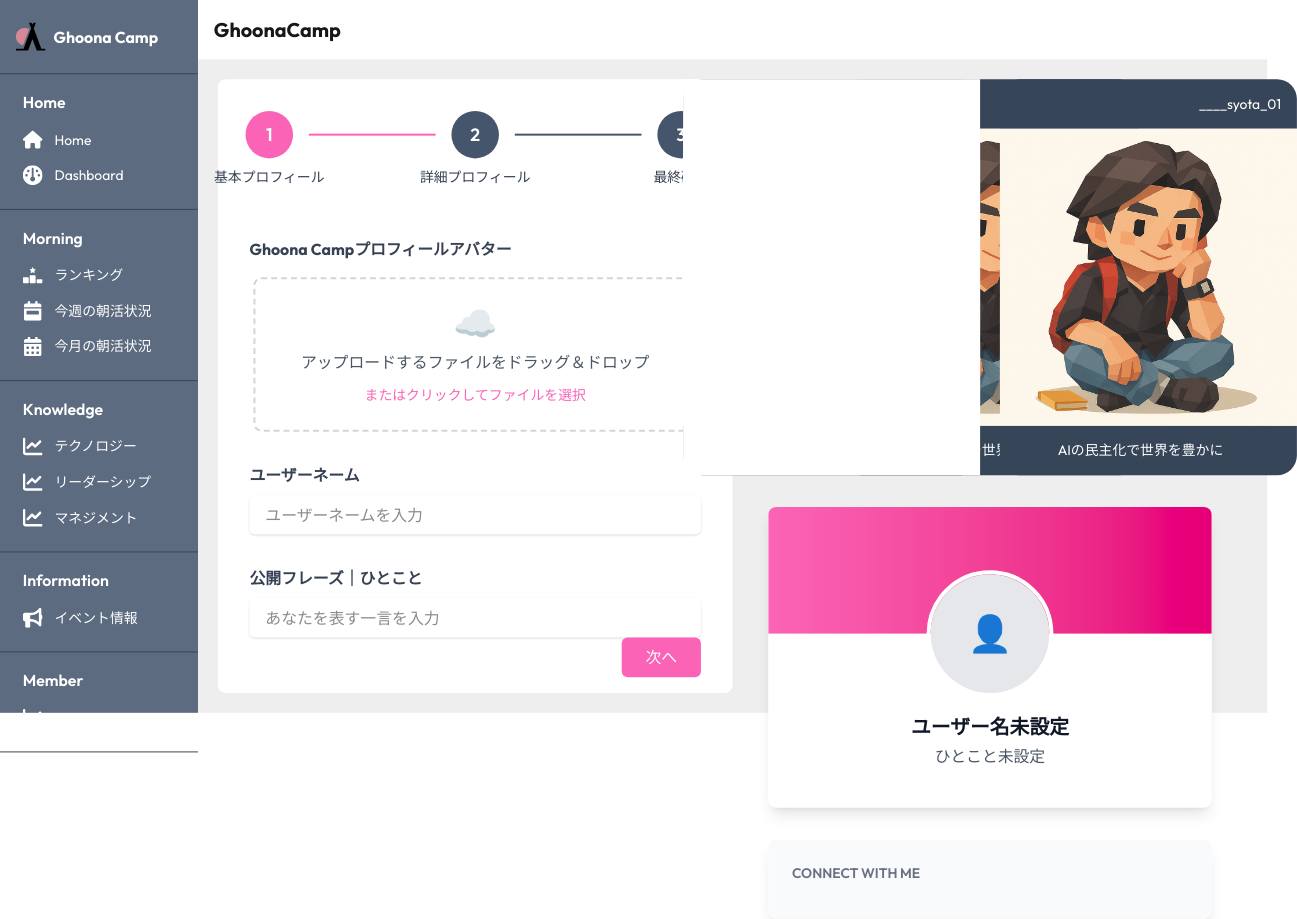
Repository: ShotaGhoona/ghoonacamp_platform
Page: /setting/profile
The author's editor kept a copy of each file at every save. The page is drawn from the files as they stood at one save, then again after the next save.
The browser window is 1280 px wide. The page is 1310 px wide, so the pictures cover 1310 px, including what lies to the right of the window. The pictures show the whole page, at 99% of full size.
The page's requests for data from a server got no answer. The project was rebuilt for these pictures with package versions that can differ from the ones it lists, and the page was loaded fresh each time. Some packages were replaced by stand-ins written for this rebuild. The framework's server and built-in components were replaced by stand-ins that run in the browser. No one was signed in, and anything a server would have sent is missing. Also part of the build but not shown: next.config.js, src/features/setting/profile/display/DetailProfileForm.tsx, src/features/setting/profile/display/ConfirmationView.tsx.

Above is the page before, as saved 2025-04-29 14:53:36.

### src/app/layout.tsx
import type { Metadata } from 'next';
import { Outfit } from 'next/font/google';
import './globals.css';
import Sidebar from '@/components/display/sidebar';
import Header from '@/components/display/header';
import { ClerkProvider } from '@clerk/nextjs';

const outfit = Outfit({ subsets: ['latin'] });

export const metadata: Metadata = {
  title: 'Ghoona Camp',
  description: 'Ghoona Camp Platform',
};

export default function RootLayout({
  children,
}: {
  children: React.ReactNode;
}) {
  return (
    <ClerkProvider>
      <html lang="ja">
        <body className={outfit.className}>
          <div className="flex">
            <div className="w-[200px] transition-all duration-300">
              <Sidebar />
            </div>
            <div className="flex-1 flex flex-col max-h-screen">
              <Header />
              <main className="bg-[#EEEEEE] flex-1 min-h-[calc(100vh-60px)] p-5">
                {children}
              </main>
            </div>
          </div>
        </body>
      </html>
    </ClerkProvider>
  );
}

### src/app/setting/profile/page.tsx
import { IndexPage } from '@/features/setting/profile/display/index';

export default function ProfileSettingPage() {
  return <IndexPage />;
}

### src/components/display/sidebar.tsx
'use client';

import Link from 'next/link';
import { usePathname } from 'next/navigation';
import clsx from 'clsx';

const groups: { title: string; links: { href: string; label: string; icon: string }[] }[] = [
  {
    title: 'Home',
    links: [
      { href: '/home', label: 'Home', icon: '/svg/sidebarIcon/home.svg' },
      { href: '/home/dashboard', label: 'Dashboard', icon: '/svg/sidebarIcon/dashboard.svg' },
    ],
  },
  {
    title: 'Morning',
    links: [
      { href: '/morning/ranking', label: 'ランキング', icon: '/svg/sidebarIcon/ranking.svg' },
      { href: '/morning/weekend', label: '今週の朝活状況', icon: '/svg/sidebarIcon/week.svg' },
      { href: '/morning/month', label: '今月の朝活状況', icon: '/svg/sidebarIcon/month.svg' },
    ],
  },
  {
    title: 'Knowledge',
    links: [
      { href: '/knowledge/tech', label: 'テクノロジー', icon: '/svg/sidebarIcon/analysis.svg' },
      { href: '/knowledge/leadership', label: 'リーダーシップ', icon: '/svg/sidebarIcon/analysis.svg' },
      { href: '/knowledge/management', label: 'マネジメント', icon: '/svg/sidebarIcon/analysis.svg' },
    ],
  },
  {
    title: 'Information',
    links: [{ href: '/information/events', label: 'イベント情報', icon: '/svg/sidebarIcon/externalEvents.svg' }],
  },
  {
    title: 'Member',
    links: [{ href: '/members', label: 'GhoonaCamper', icon: '/svg/sidebarIcon/analysis.svg' }],
  },
];

export default function Sidebar() {
  const pathname = usePathname();

  return (
    <aside className="w-full h-screen bg-[#5D6B80] text-white">
      <div className="flex items-center gap-2 h-[75px] px-4 border-b border-[#374559]">
        <img src="/svg/logo.svg" alt="Ghoona Camp" className="w-[30px] h-[30px]" />
        <span className="font-bold">Ghoona Camp</span>
      </div>

      <nav>
        {groups.map((g) => (
          <div key={g.title} className="border-b border-[#374559] px-[15px] py-4">
            <p className="text-base font-semibold mb-2 px-2">
              {g.title}
            </p>
            {g.links.map((l) => (
              <Link
                key={l.href}
                href={l.href}
                className={clsx(
                  'flex items-center gap-3 p-2 rounded-lg text-sm',
                  pathname === l.href
                    ? 'bg-primary text-white'
                    : 'hover:bg-slate-600'
                )}
              >
                <img src={l.icon} alt={l.label} className="w-[20px] h-[20px]" />
                <span>{l.label}</span>
              </Link>
            ))}
          </div>
        ))}
      </nav>
    </aside>
  );
}

### src/components/display/header.tsx
'use client';

import { UserButton, useUser } from '@clerk/nextjs';

export default function Header() {
  const { user, isLoaded } = useUser();

  return (
    <header className="w-full h-16  flex items-center justify-between px-4">
      <div className="flex items-center gap-4">
        <h1 className="text-xl font-bold">GhoonaCamp</h1>
      </div>
      <div className="flex items-center gap-4">
        {isLoaded && user && (
          <div className="flex items-center gap-2">
            <span className="text-sm">
              {user.firstName} {user.lastName}
            </span>
            <UserButton afterSignOutUrl="/" />
          </div>
        )}
      </div>
    </header>
  );
}

### src/features/setting/profile/display/index.tsx
'use client';

import { useState } from 'react';
import { StepIndicator } from '@/features/setting/profile/components/StepIndicator';
import { BasicProfileForm } from '@/features/setting/profile/display/BasicProfileForm';
import { DetailProfileForm } from '@/features/setting/profile/display/DetailProfileForm';
import { ConfirmationView } from '@/features/setting/profile/display/ConfirmationView';
import { ProfilePreview } from '@/features/setting/profile/components/ProfilePreview';
import { DetailProfilePreview } from '@/features/setting/profile/components/DetailProfilePreview';
import { useProfileForm } from '@/features/setting/profile/hooks/useProfileForm';

export const IndexPage = () => {
  const {
    currentStep,
    formData,
    updateFormData,
    handleNextStep,
    handlePrevStep,
    handleAvatarChange,
  } = useProfileForm();

  const [isSubmitting, setIsSubmitting] = useState(false);

  const handleSubmit = async () => {
    setIsSubmitting(true);
    try {
      // TODO: APIを呼び出してプロフィールを更新
      await new Promise(resolve => setTimeout(resolve, 1000)); // 仮の遅延
      // 成功時の処理（例：ダッシュボードへリダイレクト）
    } catch (error) {
      console.error('プロフィールの更新に失敗しました:', error);
      // エラー処理
    } finally {
      setIsSubmitting(false);
    }
  };

  return (
    <div className="flex h-full">
      {/* 左側：フォーム */}
      <div className="w-1/2 p-8 bg-white rounded-lg h-full flex flex-col">

        {/* ステップインジケーター */}
        <StepIndicator currentStep={currentStep} />

        {/* フォームコンテンツ */}
        <div className="mt-8 flex-1">
          {currentStep === 'basic' && (
            <BasicProfileForm
              formData={formData}
              onUpdate={updateFormData}
              onAvatarChange={handleAvatarChange}
              onNext={handleNextStep}
            />
          )}

          {currentStep === 'detail' && (
            <DetailProfileForm
              formData={formData}
              onUpdate={updateFormData}
              onPrev={handlePrevStep}
              onNext={handleNextStep}
            />
          )}

          {currentStep === 'confirm' && (
            <ConfirmationView
              formData={formData}
              onPrev={handlePrevStep}
              onSubmit={handleSubmit}
              isSubmitting={isSubmitting}
            />
          )}
        </div>
      </div>

      {/* 右側：プレビュー */}
      <div className="w-1/2 ">
        <div className="sticky top-8 space-y-8">

          {/* 基本プロフィールプレビュー */}
          <ProfilePreview formData={formData} />

          {/* 詳細プロフィールプレビュー */}
          <DetailProfilePreview formData={formData} />
        </div>
      </div>
    </div>
  );
}

### src/features/setting/profile/components/StepIndicator.tsx
'use client';

import { cn } from '@/lib/utils';
import { Step, PROFILE_STEPS } from '../types/profile';

interface StepIndicatorProps {
  currentStep: Step;
}

export const StepIndicator = ({ currentStep }: StepIndicatorProps) => {
  return (
    <div className="flex items-center justify-center mb-12">
      {PROFILE_STEPS.map((step, index) => (
        <div key={step.id} className="flex items-center">
          {/* ステップサークル */}
          <div
            className={cn(
              'w-12 h-12 rounded-full flex items-center justify-center text-lg font-semibold relative',
              currentStep === step.id
                ? 'bg-pink-400 text-white'
                : 'bg-slate-600 text-white'
            )}
          >
            {step.number}
            {/* ステップタイトル */}
            <div className="text-center absolute -bottom-8 w-32">
              <span className="text-sm font-medium text-gray-700">{step.title}</span>
            </div>
          </div>

          {/* 接続線 */}
          {index < PROFILE_STEPS.length - 1 && (
            <div
              className={cn(
                'h-[2px] w-32 mx-4',
                currentStep === PROFILE_STEPS[index + 1].id || currentStep === step.id
                  ? 'bg-pink-400'
                  : 'bg-slate-600'
              )}
            />
          )}
        </div>
      ))}
    </div>
  );
};

### src/features/setting/profile/display/BasicProfileForm.tsx
'use client';

import { ProfileFormData } from '../types/profile';
import { AvatarUpload } from '../components/AvatarUpload';

interface BasicProfileFormProps {
  formData: ProfileFormData;
  onUpdate: (data: Partial<ProfileFormData>) => void;
  onAvatarChange: (file: File) => void;
  onNext: () => void;
}

export const BasicProfileForm = ({
  formData,
  onUpdate,
  onAvatarChange,
  onNext,
}: BasicProfileFormProps) => {
  return (
    <div className="flex flex-col justify-between h-full">

      <div className="space-y-8">
        {/* アバターアップロード */}
        <div className="space-y-4">
          <label className="block text-base font-bold text-gray-700">
            Ghoona Campプロフィールアバター
          </label>
          <AvatarUpload
            onFileSelect={onAvatarChange}
            previewUrl={formData.avatarUrl}
          />
        </div>

        {/* ユーザーネーム */}
        <div className="space-y-2">
          <label
            htmlFor="username"
            className="block text-base font-bold text-gray-700"
          >
            ユーザーネーム
          </label>
          <input
            type="text"
            id="username"
            value={formData.username}
            onChange={(e) => onUpdate({ username: e.target.value })}
            className="mt-1 block w-full rounded-md border-gray-300 shadow-sm px-4 py-2"
            placeholder="ユーザーネームを入力"
          />
        </div>

        {/* ひとこと */}
        <div className="space-y-2">
          <label
            htmlFor="bio"
            className="block text-base font-bold text-gray-700"
          >
            公開フレーズ｜ひとこと
          </label>
          <input
            type="text"
            id="bio"
            value={formData.bio}
            onChange={(e) => onUpdate({ bio: e.target.value })}
            className="mt-1 block w-full rounded-md border-gray-300 shadow-sm px-4 py-2"
            placeholder="あなたを表す一言を入力"
          />
        </div>
      </div>

      {/* 次へボタン */}
      <div className="flex justify-end">
        <button
          onClick={onNext}
          className="bg-pink-400 text-white px-6 py-2 rounded-md hover:bg-pink-500 transition-colors"
        >
          次へ
        </button>
      </div>
    </div>
  );
};

### src/features/setting/profile/components/ProfilePreview.tsx
'use client';

import { ProfileFormData } from '../types/profile';
import { ProfileCard } from '@/components/common/profileCard';
interface ProfilePreviewProps {
  formData: ProfileFormData;
}

export const ProfilePreview = ({ formData }: ProfilePreviewProps) => {
  return (
    <>
    <div className="flex justify-center  w-full gap-4 relative">
      <div className="w-[300px] top-0 left-0">
        <ProfileCard />
      </div>
      <div className="w-[300px] absolute top-0 -left-[50px]">
        <ProfileCard />
      </div>
      <div className="w-[300px] absolute top-0 -right-[50px]">
        <ProfileCard />
      </div>
      <div className="w-[300px] h-full absolute top-0 -left-[50px] bg-gradient-to-r from-[#ffffff] to-[#ffffff] z-10"></div>
      <div className="w-[300px] h-full absolute top-0 -right-[50px] bg-linear-gradient-to-r from-white to-transparent z-10"></div>
    </div>






    <div className="w-full max-w-md mx-auto bg-white rounded-lg shadow-lg overflow-hidden">
      {/* ヘッダー部分 */}
      <div className="relative h-32 bg-gradient-to-r from-pink-400 to-pink-600">
        <div className="absolute -bottom-16 left-1/2 transform -translate-x-1/2">
          <div className="w-32 h-32 rounded-full border-4 border-white overflow-hidden bg-white">
            {formData.avatarUrl ? (
              <img
                src={formData.avatarUrl}
                alt={formData.username}
                className="w-full h-full object-cover"
              />
            ) : (
              <div className="w-full h-full bg-gray-200 flex items-center justify-center">
                <span className="text-4xl text-gray-400">👤</span>
              </div>
            )}
          </div>
        </div>
      </div>

      {/* プロフィール情報 */}
      <div className="pt-20 px-6 pb-6">
        <div className="text-center mb-4">
          <h3 className="text-xl font-bold text-gray-900">
            {formData.username || 'ユーザー名未設定'}
          </h3>
          <p className="text-gray-600 mt-1">{formData.bio || 'ひとこと未設定'}</p>
        </div>

        {/* SNSリンク */}
        {/* <div className="flex justify-center space-x-4 mt-4">
          {formData.websiteUrl && (
            <a
              href={formData.websiteUrl}
              target="_blank"
              rel="noopener noreferrer"
              className="text-gray-600 hover:text-pink-500"
            >
              Website
            </a>
          )}
        </div> */}
      </div>
    </div>
    </>
  );
};

### src/features/setting/profile/hooks/useProfileForm.ts
'use client';

import { useState } from 'react';
import { useAuth } from '@clerk/nextjs';
import { ProfileFormData, Step } from '../types/profile';
import { profileService } from '../services/profileService';

export const useProfileForm = () => {
  const { userId } = useAuth();
  const [currentStep, setCurrentStep] = useState<Step>('basic');
  const [formData, setFormData] = useState<ProfileFormData>({
    username: '',
    bio: '',
  });
  const [isLoading, setIsLoading] = useState(false);
  const [error, setError] = useState<string | null>(null);

  const updateFormData = (data: Partial<ProfileFormData>) => {
    setFormData((prev) => ({ ...prev, ...data }));
  };

  const handleNextStep = () => {
    if (currentStep === 'basic') setCurrentStep('detail');
    else if (currentStep === 'detail') setCurrentStep('confirm');
  };

  const handlePrevStep = () => {
    if (currentStep === 'detail') setCurrentStep('basic');
    else if (currentStep === 'confirm') setCurrentStep('detail');
  };

  const handleAvatarChange = (file: File) => {
    const url = URL.createObjectURL(file);
    updateFormData({ avatar: file, avatarUrl: url });
  };

  const saveProfile = async () => {
    if (!userId) {
      setError('ユーザーIDが見つかりません');
      return;
    }

    setIsLoading(true);
    setError(null);

    try {
      await profileService.updateProfile(userId, formData);
      // 成功時の処理（例：リダイレクト）
    } catch (err) {
      setError('プロフィールの保存に失敗しました');
      console.error('保存エラー:', err);
    } finally {
      setIsLoading(false);
    }
  };

  const loadProfile = async () => {
    if (!userId) return;

    setIsLoading(true);
    setError(null);

    try {
      const profile = await profileService.getProfile(userId);
      if (profile) {
        setFormData({
          username: profile.username,
          bio: profile.bio,
          oneLine: profile.oneLine || undefined,
          background: profile.background || undefined,
          interests: profile.interests,
          coreSkills: profile.coreSkills,
          websiteUrl: profile.websiteUrl || undefined,
          xUrl: profile.xUrl || undefined,
          instagramUrl: profile.instagramUrl || undefined,
          linkedinUrl: profile.linkedinUrl || undefined,
        });
      }
    } catch (err) {
      setError('プロフィールの読み込みに失敗しました');
      console.error('読み込みエラー:', err);
    } finally {
      setIsLoading(false);
    }
  };

  return {
    currentStep,
    formData,
    isLoading,
    error,
    updateFormData,
    handleNextStep,
    handlePrevStep,
    handleAvatarChange,
    saveProfile,
    loadProfile,
  };
};

### src/features/setting/profile/types/profile.ts
export type Step = 'basic' | 'detail' | 'confirm';

export interface ProfileFormData {
  // 基本プロフィール
  avatar?: File;
  avatarUrl?: string;
  username: string;
  bio: string;

  // 詳細プロフィール
  oneLine?: string;          // 一言プロフィール（30文字）
  background?: string;       // 経歴・背景（140文字）
  interests?: string[];      // 興味・関心事
  coreSkills?: string[];    // コアスキル

  // SNSリンク
  instagramUrl?: string;
  websiteUrl?: string;
  xUrl?: string;
  linkedinUrl?: string;
}

export interface StepInfo {
  id: Step;
  number: number;
  title: string;
}

export const PROFILE_STEPS: StepInfo[] = [
  { id: 'basic', number: 1, title: '基本プロフィール' },
  { id: 'detail', number: 2, title: '詳細プロフィール' },
  { id: 'confirm', number: 3, title: '最終確認' },
];

### src/features/setting/profile/components/AvatarUpload.tsx
'use client';

import { useCallback } from 'react';
import { useDropzone } from 'react-dropzone';

interface AvatarUploadProps {
  onFileSelect: (file: File) => void;
  previewUrl?: string;
}

export const AvatarUpload = ({ onFileSelect, previewUrl }: AvatarUploadProps) => {
  const onDrop = useCallback((acceptedFiles: File[]) => {
    if (acceptedFiles.length > 0) {
      onFileSelect(acceptedFiles[0]);
    }
  }, [onFileSelect]);

  const { getRootProps, getInputProps, isDragActive } = useDropzone({
    onDrop,
    accept: {
      'image/*': ['.jpeg', '.jpg', '.png', '.gif']
    },
    maxFiles: 1,
    multiple: false,
  });

  return (
    <div className="w-full max-w-md mx-auto">
      <div
        {...getRootProps()}
        className="border-2 border-dashed border-gray-300 rounded-lg p-6 text-center cursor-pointer hover:border-pink-400 transition-colors"
      >
        <input {...getInputProps()} />
        {previewUrl ? (
          <div className="relative w-32 h-32 mx-auto">
            <img
              src={previewUrl}
              alt="アバタープレビュー"
              className="w-full h-full object-cover rounded-full"
            />
            <div className="absolute inset-0 flex items-center justify-center bg-black bg-opacity-50 rounded-full opacity-0 hover:opacity-100 transition-opacity">
              <p className="text-white text-sm">クリックして変更</p>
            </div>
          </div>
        ) : (
          <div className="space-y-2">
            <div className="text-4xl text-gray-400">☁️</div>
            <p className="text-gray-600">
              {isDragActive
                ? 'ファイルをドロップしてください'
                : 'アップロードするファイルをドラッグ＆ドロップ'}
            </p>
            <button className="text-sm text-pink-400 hover:text-pink-500">
              またはクリックしてファイルを選択
            </button>
          </div>
        )}
      </div>
    </div>
  );
};

### src/components/common/profileCard.tsx
export const ProfileCard = () => {
  return (
    <div className="w-[300px]">
      <div className="bg-[#374559] h-[50px] flex items-center justify-end pr-4 rounded-t-[20px]">
        <p className="text-white text-sm">____syota_01</p>
      </div>
      <div>
        <img src="/images/profile/sampleProfile.png" alt="" className="w-full h-auto aspect-square"/>
      </div>
      <div className="bg-[#374559] h-[50px] flex items-center justify-center pr-4 rounded-b-[20px]">
        <p className="text-white text-sm">AIの民主化で世界を豊かに</p>
      </div>
    </div>
  );
};

### src/features/setting/profile/services/profileService.ts
import { ProfileFormData } from '../types/profile';

export type ProfileResponse = {
  id: string;
  userId: string;
  username: string;
  bio: string;
  oneLine: string | null;
  background: string | null;
  interests: string[];
  coreSkills: string[];
  websiteUrl: string | null;
  xUrl: string | null;
  instagramUrl: string | null;
  linkedinUrl: string | null;
  createdAt: string;
  updatedAt: string;
};

export const profileService = {
  // プロフィールの取得
  async getProfile(userId: string): Promise<ProfileResponse | null> {
    try {
      const response = await fetch(`/api/users/${userId}/profile`);
      if (!response.ok) {
        if (response.status === 404) return null;
        throw new Error('プロフィールの取得に失敗しました');
      }
      return response.json();
    } catch (error) {
      console.error('プロフィール取得エラー:', error);
      throw error;
    }
  },

  // プロフィールの更新
  async updateProfile(userId: string, data: Partial<ProfileFormData>): Promise<ProfileResponse> {
    try {
      const formData = new FormData();

      // アバター画像の処理
      if (data.avatar) {
        formData.append('avatar', data.avatar);
      }

      // その他のデータの処理
      const profileData = { ...data };
      delete profileData.avatar;
      delete profileData.avatarUrl;
      formData.append('data', JSON.stringify(profileData));

      const response = await fetch(`/api/users/${userId}/profile`, {
        method: 'PUT',
        body: formData,
      });

      if (!response.ok) {
        throw new Error('プロフィールの更新に失敗しました');
      }

      return response.json();
    } catch (error) {
      console.error('プロフィール更新エラー:', error);
      throw error;
    }
  },
};

Loaded but not shown: src/app/globals.css (common file); src/lib/utils.ts (common file); src/features/setting/profile/components/DetailProfilePreview.tsx (114 lines, source omitted)

After the next save:
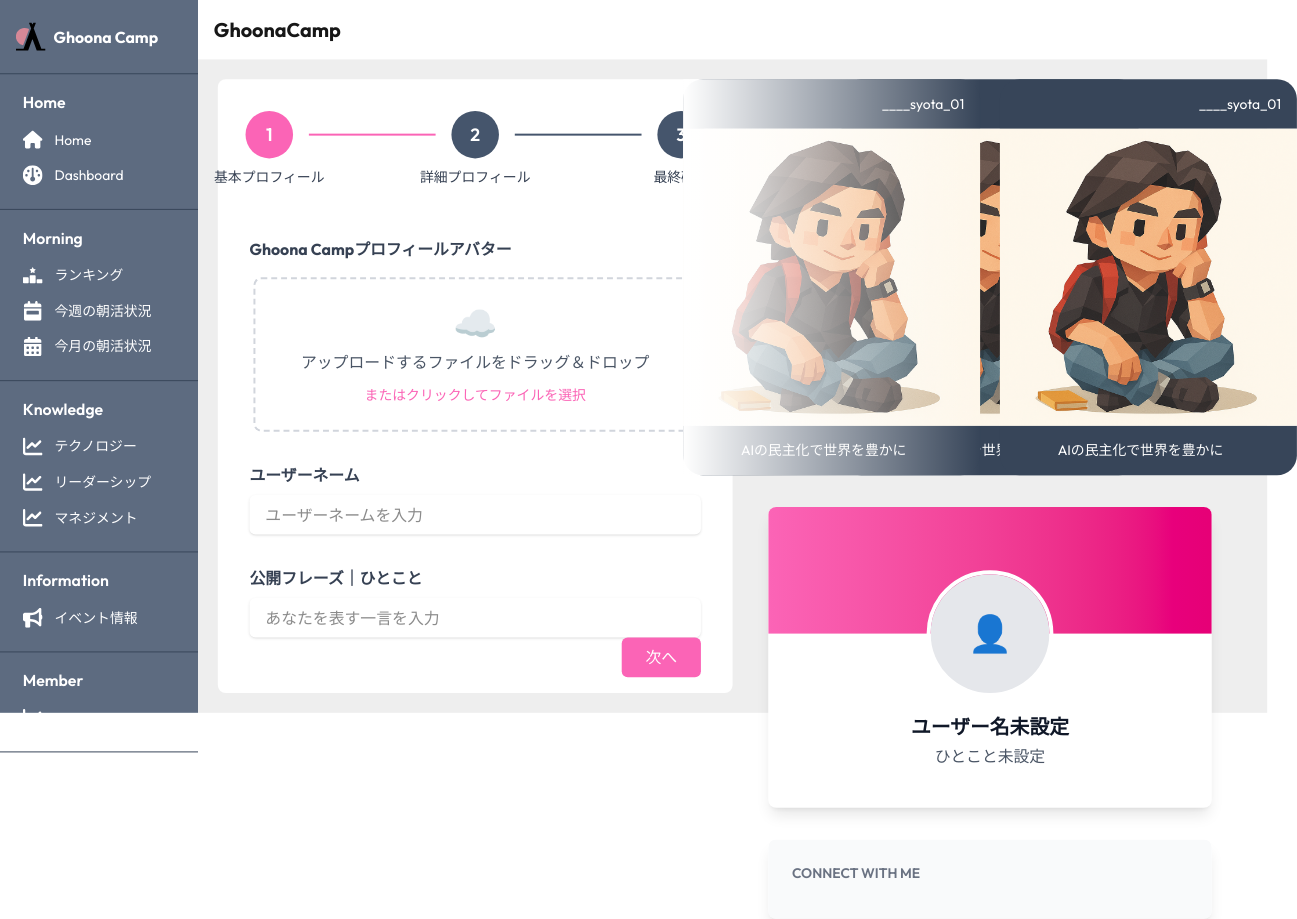
Saved 12 s later.
--- a/src/features/setting/profile/components/ProfilePreview.tsx
+++ b/src/features/setting/profile/components/ProfilePreview.tsx
@@ -19,7 +19,7 @@
       <div className="w-[300px] absolute top-0 -right-[50px]">
         <ProfileCard />
       </div>
-      <div className="w-[300px] h-full absolute top-0 -left-[50px] bg-gradient-to-r from-[#ffffff] to-[#ffffff] z-10"></div>
+      <div className="w-[300px] h-full absolute top-0 -left-[50px] bg-gradient-to-r from-white to-transparent z-10"></div>
       <div className="w-[300px] h-full absolute top-0 -right-[50px] bg-linear-gradient-to-r from-white to-transparent z-10"></div>
     </div>
 
